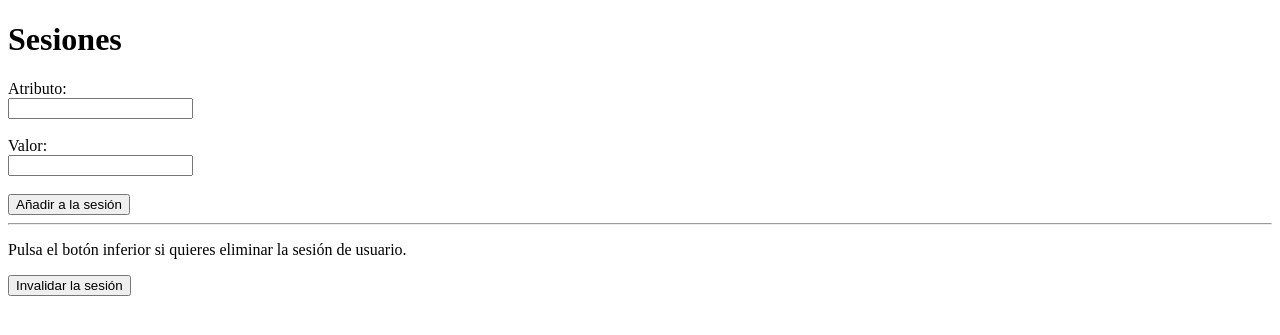
Repository: Scastellc/javaee
Page: Sesiones/WebContent/index.html
These files come from the project's save history. The page is drawn as it stood at one moment and after the next save; the edit follows.
The browser window is 1280 px wide. The pictures show the whole page.

Above is the page before, as saved 2017-02-16 18:43:04.

### Sesiones/WebContent/index.html
<!DOCTYPE html>
<html>
<head>
<meta charset="UTF-8">
<title>Sesiones</title>
</head>
<body>
	<h1>Sesiones</h1>
	<form method="get" action="/Sesiones/anyadir">
		Atributo:<br>
		<input type="text" name="atributo"><br><br>
		Valor:<br>
		<input type="text" name="valor"><br><br>
		<input type="submit" value="Añadir a la sesión"><br>
	</form>
<hr>
	<p>Pulsa el botón inferior si quieres eliminar la sesión de usuario.</p>
	<form method="get" action="/Sesiones/invalidar">
		<input type="submit" value="Invalidar la sesión">
	</form>
</body>
</html>

After the next save:
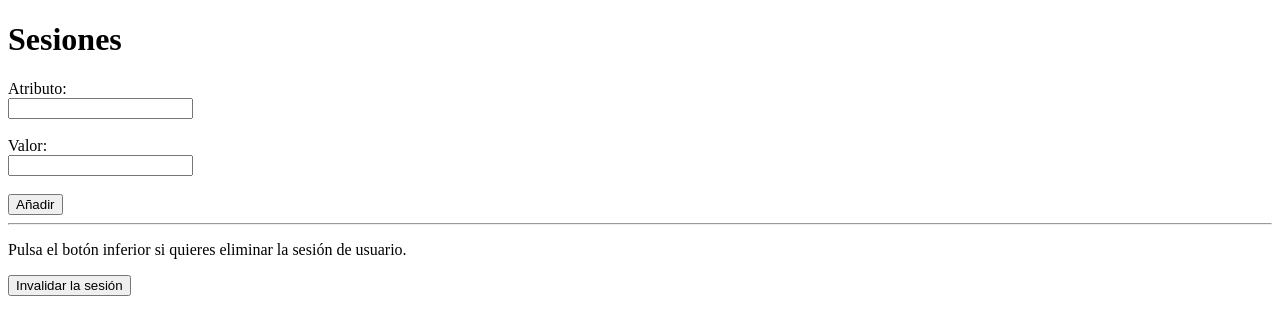
Saved 11 s later.
--- a/Sesiones/WebContent/index.html
+++ b/Sesiones/WebContent/index.html
@@ -11,7 +11,7 @@
 		<input type="text" name="atributo"><br><br>
 		Valor:<br>
 		<input type="text" name="valor"><br><br>
-		<input type="submit" value="Añadir a la sesión"><br>
+		<input type="submit" value="Añadir"><br>
 	</form>
 <hr>
 	<p>Pulsa el botón inferior si quieres eliminar la sesión de usuario.</p>
